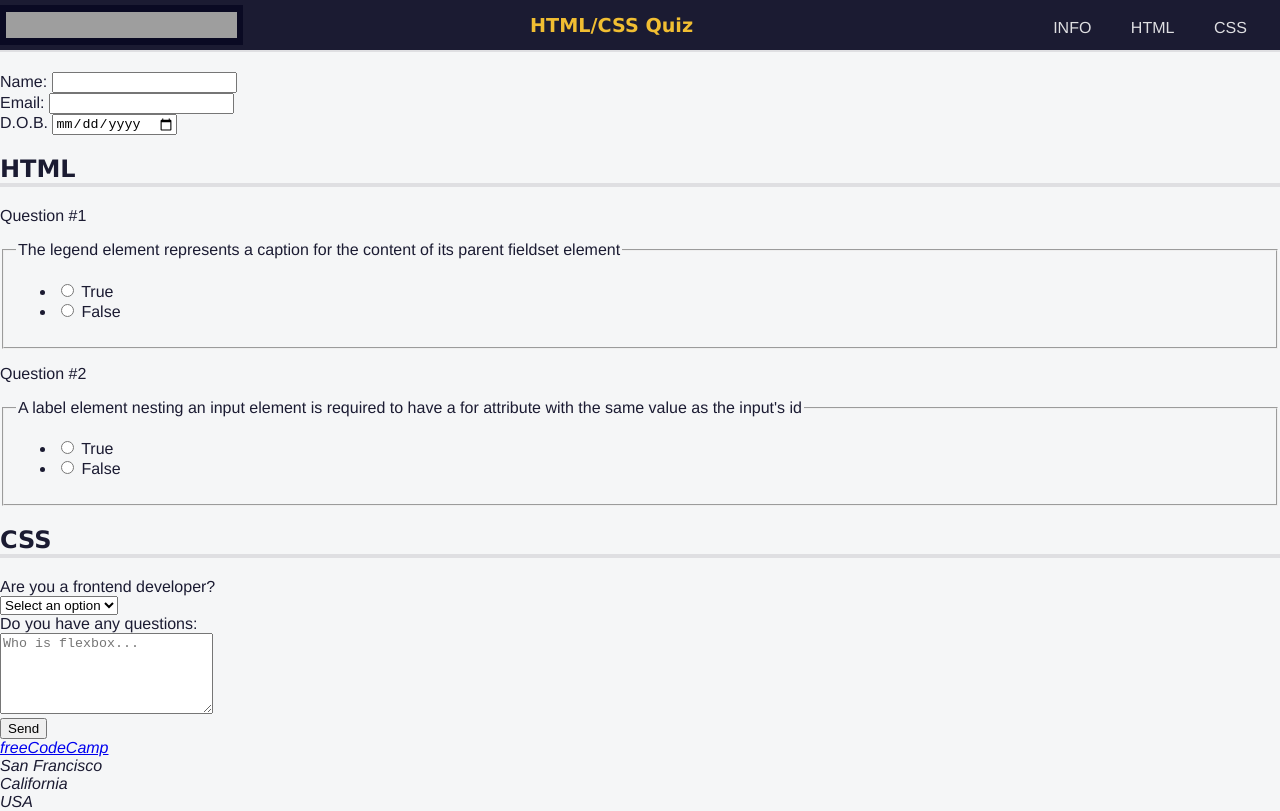
Repository: cipdanila/freeCodeCamp
Page: Quiz/index.html
The author's editor kept a copy of each file at every save. The page is drawn from the files as they stood at one save, then again after the next save.
The browser window is 1280 px wide. The pictures show the whole page.
Pictures or frames that could not be fetched are drawn as grey boxes.

Above is the page before, as saved 2023-10-18 19:20:56.

After the next save:
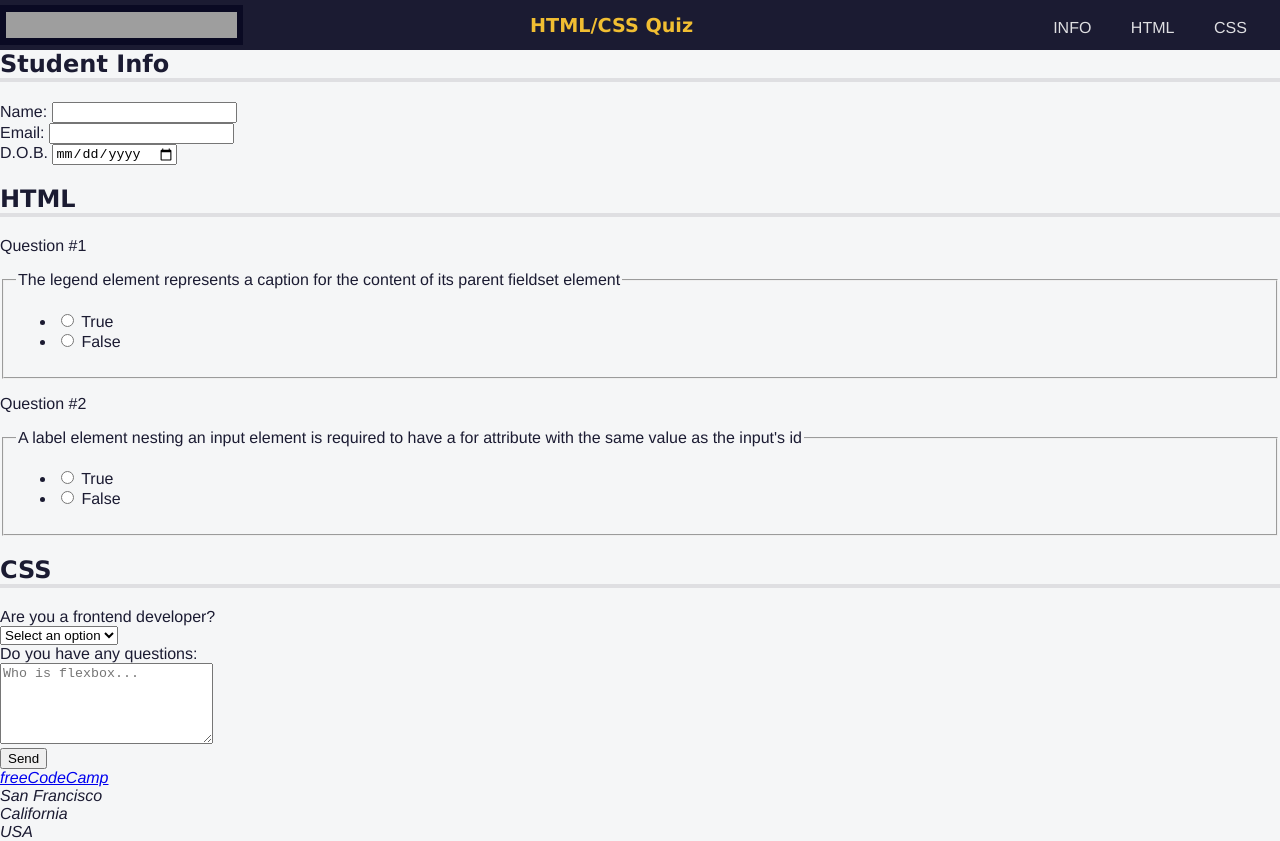
Saved 8 s later.
--- a/Quiz/styles.css
+++ b/Quiz/styles.css
@@ -30,7 +30,7 @@
 }
 
 main {
-    padding-top:  ;
+    padding-top: 30px ;
 }
 
 nav {
